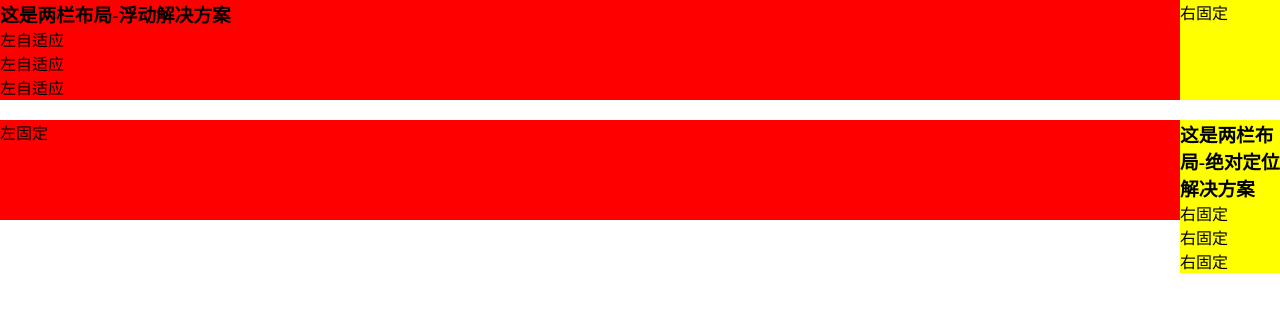
Repository: Qianfane/Blog
Page: 面试相关/测试/2-2、两栏布局-右固定左自适应.html
These files come from the project's save history. The page is drawn as it stood at one moment and after the next save; the edit follows.
The browser window is 1280 px wide. The pictures show the whole page.

Above is the page before, as saved 2022-01-03 16:25:46.

After the next save:
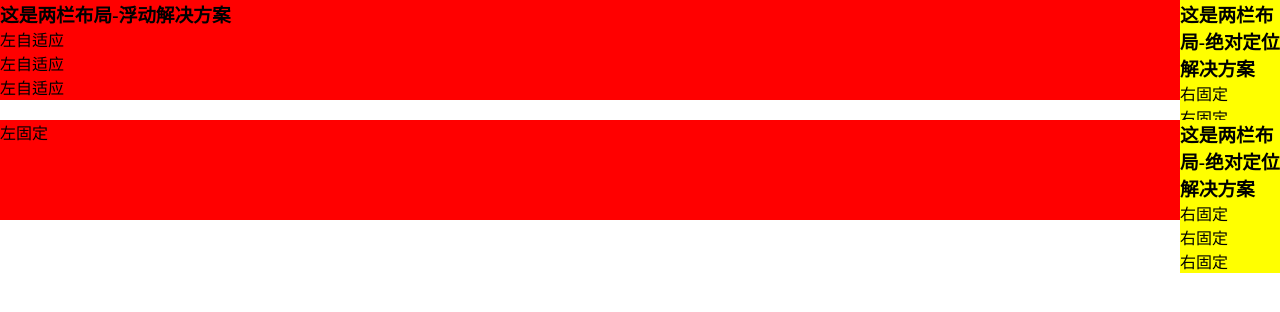
Saved 9 s later.
--- a/面试相关/测试/2-2、两栏布局-右固定左自适应.html
+++ b/面试相关/测试/2-2、两栏布局-右固定左自适应.html
@@ -39,7 +39,10 @@
         </style>
         <article class="left-right">
             <div class="right">
-                右固定
+                <h1>这是两栏布局-绝对定位解决方案</h1>
+                <p>右固定</p>
+                <p>右固定</p>
+                <p>右固定</p>
             </div>
             <div class="left">
                 <h1>这是两栏布局-浮动解决方案</h1>
